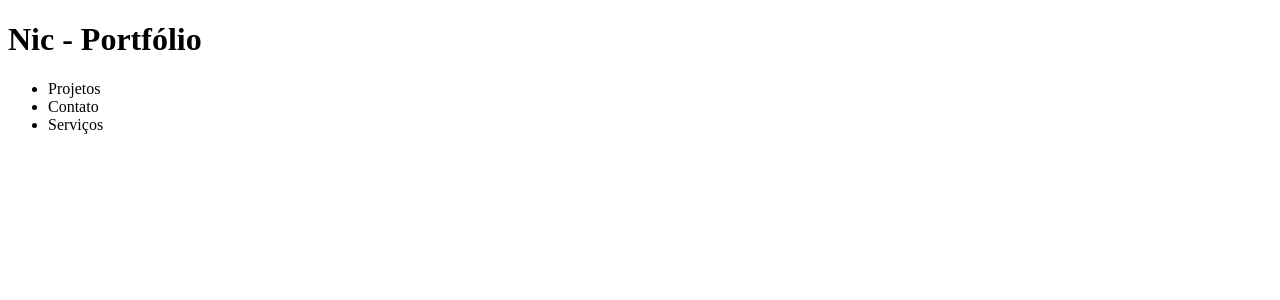
Repository: Leonngc/portfolio
Page: index.html
An editor plug-in stored every save of this project. The page is shown before and after a run of saves, followed by the edit.
The browser window is 1280 px wide. The pictures show the whole page.

Above is the page before, as saved 2022-12-02 09:47:06.

### index.html
<!DOCTYPE html>
<html lang="en">

<head>
    <meta charset="UTF-8">
    <meta http-equiv="X-UA-Compatible" content="IE=edge">
    <meta name="viewport" content="width=device-width, initial-scale=1.0">
    <meta name="keywords" content="portfolio, web, dev, website, desenvolvedor">
    <meta name="description" content="Meu portfolio de desenvolvedor web">
    <title>Nic Portfólio</title>
</head>

<body>
    <header>
        <h1>Nic - Portfólio</h1>
        <nav class="menu">
            <ul>
                <li>Projetos</li>
                <li>Contato</li>
                <li>Serviços</li>
            </ul>
        </nav>
    </header>
    <section>
        <span>
            <img src="" alt="">
        </span>
    </section>

    <section>
        <h2></h2>
    </section>

</body>

</html>

After the next 4 saves:
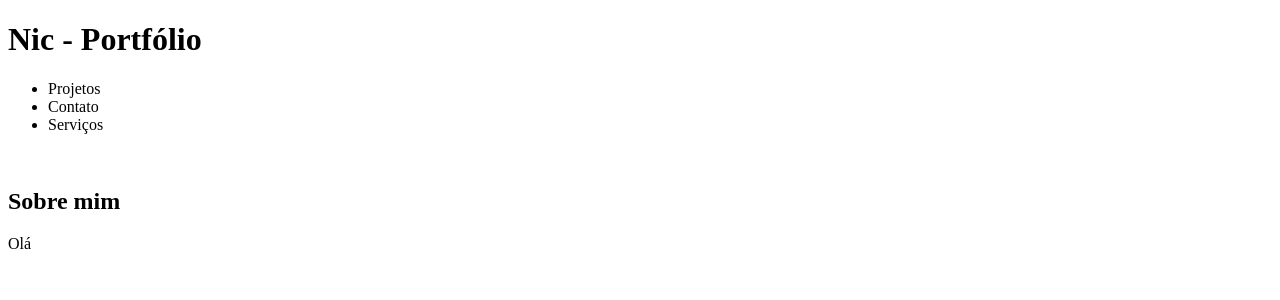
The 4 saves are shown as one change because they came seconds apart.
The last was saved 12 s later.
--- a/index.html
+++ b/index.html
@@ -28,7 +28,8 @@
     </section>
 
     <section>
-        <h2></h2>
+        <h2>Sobre mim</h2>
+        <p>Olá</p>
     </section>
 
 </body>
